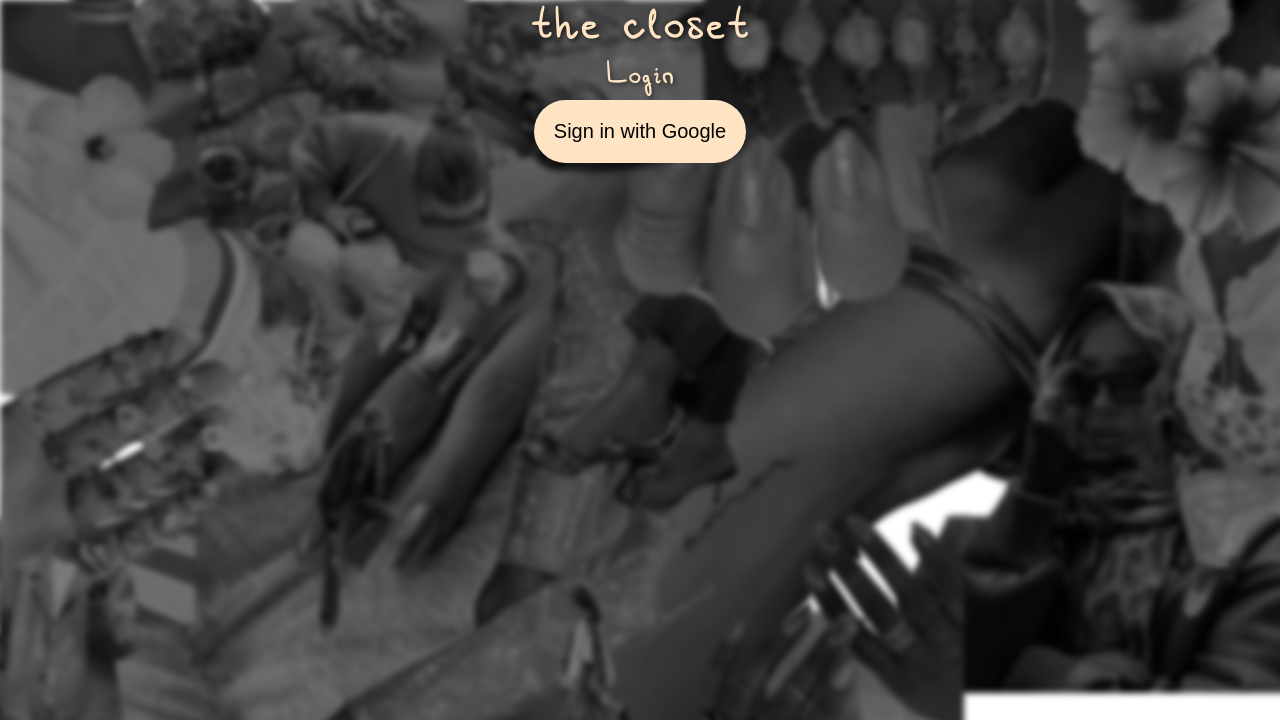
Repository: karla-sikavica/theCloset
Page: / (app in frontend/)
An editor plug-in stored every save of this project. The page is shown before and after the next save, followed by the edit.
The browser window is 1280 px wide. The pictures show the whole page.
The project was rebuilt for these pictures with package versions that can differ from the ones it lists, and the page was loaded fresh each time. Also part of the build but not shown: frontend/vite.config.ts.

Above is the page before, as saved 2025-03-29 16:29:16.

After the next save:
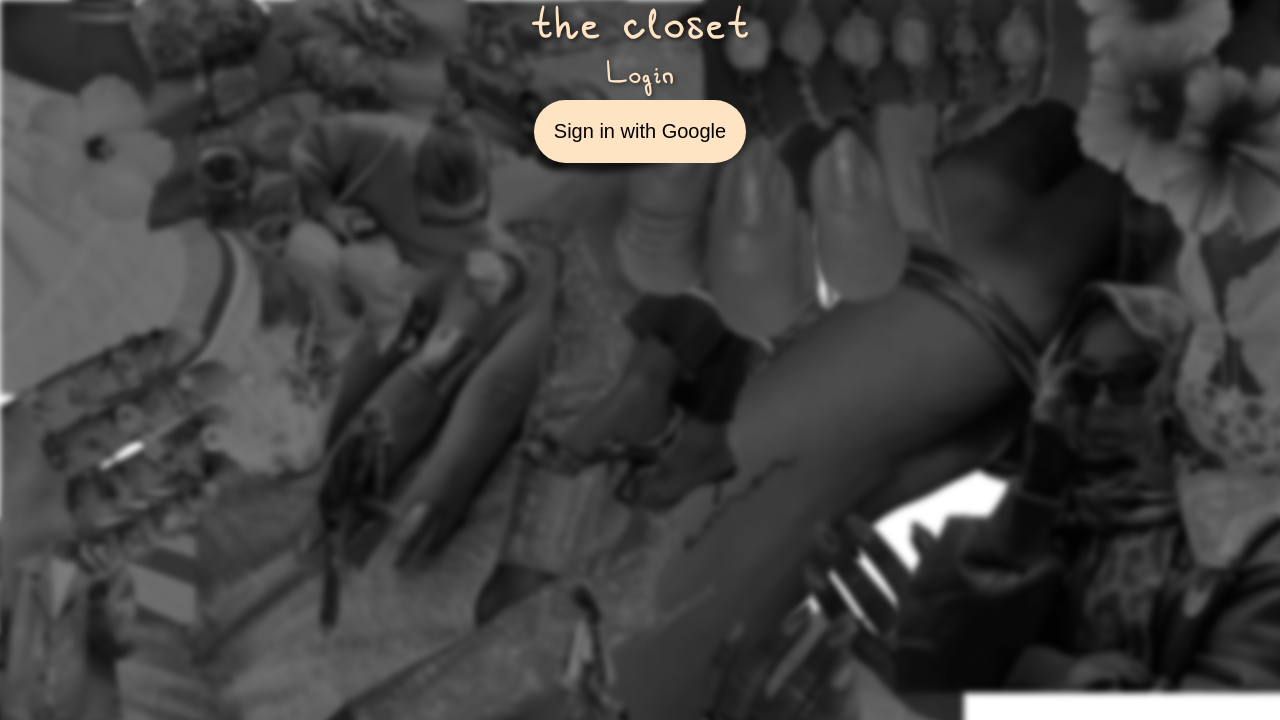
Saved 33 s later.
--- a/frontend/src/components/ui/Collage.tsx
+++ b/frontend/src/components/ui/Collage.tsx
@@ -187,7 +187,7 @@
     left: "55%",
     width: "260px",
     rotate: "180deg",
-    zIndex: 3,
+    zIndex: 0,
   } /*,
   {
     src: "/images/photo%20(23).png",
